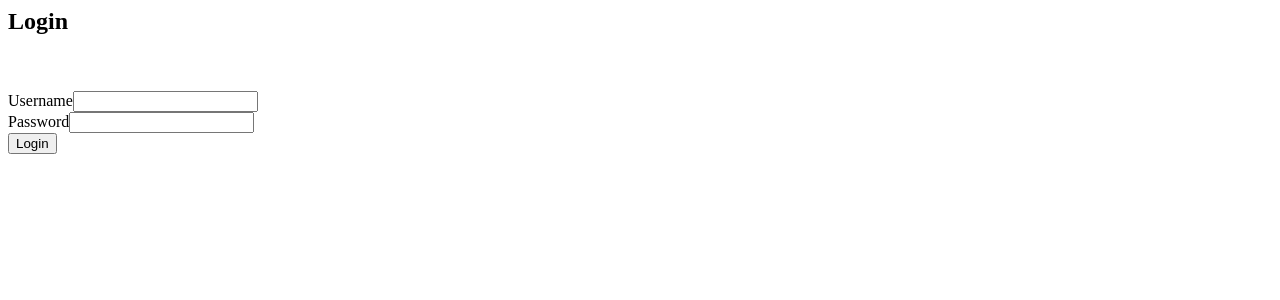
Repository: umng/Learn-to-Program
Page: Java/CTS_SFDC/workspace/Servlet-Login_Profile/WebContent/index.html
The author's editor kept a copy of each file at every save. The page is drawn from the files as they stood at one save, then again after the next save.
The browser window is 1280 px wide. The pictures show the whole page.

Above is the page before, as saved 2017-02-28 11:09:49.

After the next save:
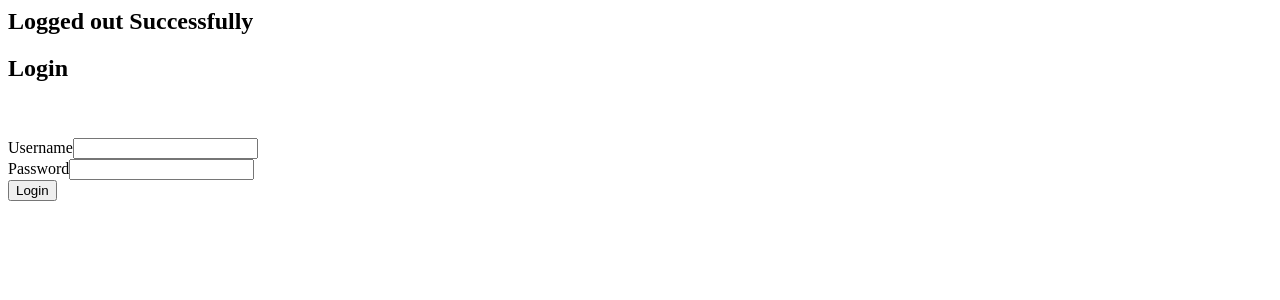
Saved 69 s later.
--- a/Java/CTS_SFDC/workspace/Servlet-Login_Profile/WebContent/index.html
+++ b/Java/CTS_SFDC/workspace/Servlet-Login_Profile/WebContent/index.html
@@ -1,3 +1,4 @@
+<h2>Logged out Successfully</h2>
 <h2>Login</h2>
 <br>
 	<form method='get' action='LoginServlet'>

After the save that followed:
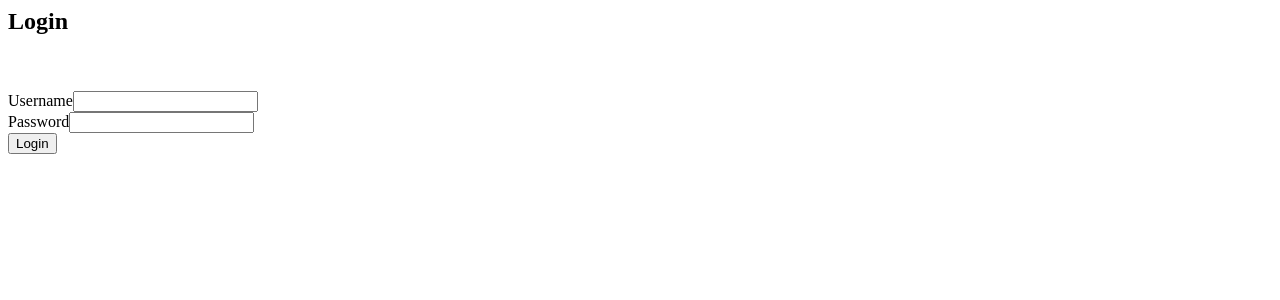
Saved 29 s later.
--- a/Java/CTS_SFDC/workspace/Servlet-Login_Profile/WebContent/index.html
+++ b/Java/CTS_SFDC/workspace/Servlet-Login_Profile/WebContent/index.html
@@ -1,4 +1,3 @@
-<h2>Logged out Successfully</h2>
 <h2>Login</h2>
 <br>
 	<form method='get' action='LoginServlet'>
